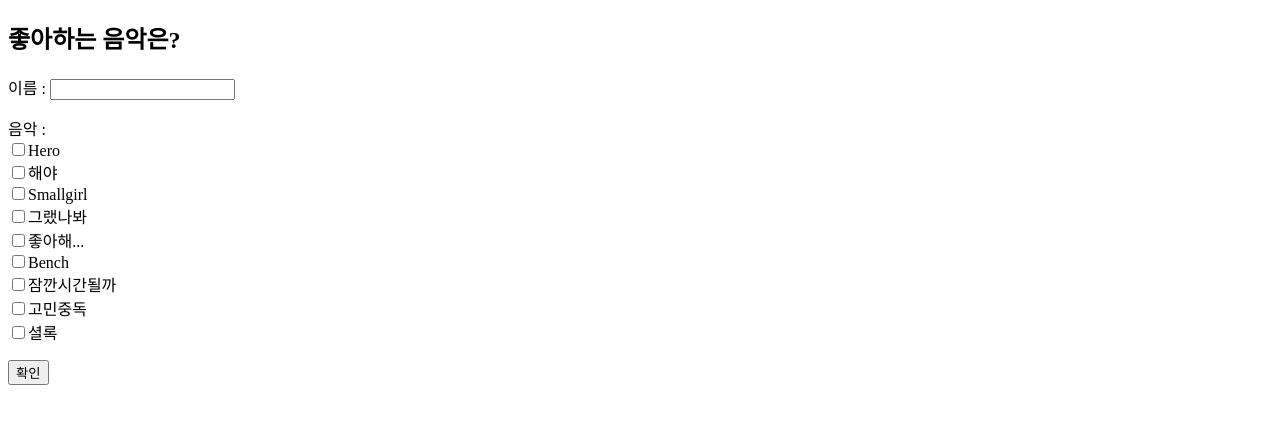
Repository: SongHyeSun/JSP
Page: jspSrc17/och08/src/main/webapp/song.html
The author's editor kept a copy of each file at every save. The page is drawn from the files as they stood at one save, then again after the next save.
The browser window is 1280 px wide. The pictures show the whole page.

Above is the page before, as saved 2024-07-15 03:39:52.

After the next save:
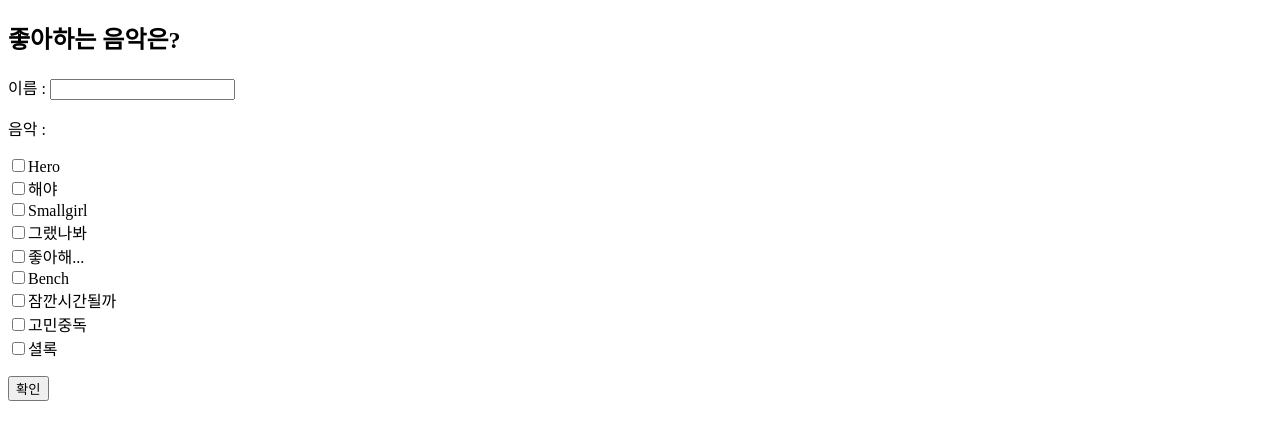
Saved 7 s later.
--- a/jspSrc17/och08/src/main/webapp/song.html
+++ b/jspSrc17/och08/src/main/webapp/song.html
@@ -30,7 +30,7 @@
 	<h2>좋아하는 음악은?</h2>
 	<form action="song2.jsp" name="frm" onsubmit="return chk()">
 		이름 : <input type="text" name="name"><p>
-		음악 : <br>
+		음악 : <p>
 		<input type="checkbox" name="song" value="Hero">Hero<br>
 		<input type="checkbox" name="song" value="해야">해야<br>
 		<input type="checkbox" name="song" value="Smallgirl">Smallgirl<br>
